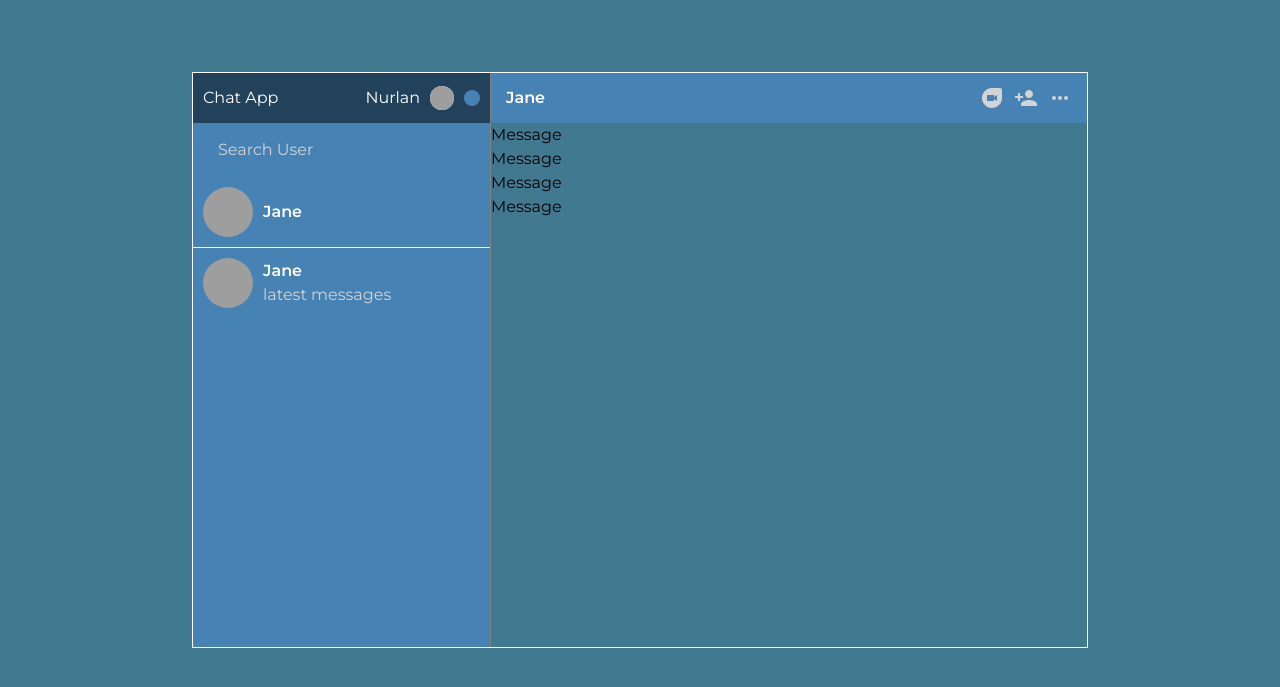
Repository: Nurlan-Bakenbaev/chat-app
Page: /
An editor plug-in stored every save of this project. The page is shown before and after a run of saves, followed by the edit.
The browser window is 1280 px wide. The pictures show the whole page.
Pictures or frames that could not be fetched are drawn as grey boxes. The project was rebuilt for these pictures with package versions that can differ from the ones it lists, and the page was loaded fresh each time. Also part of the build but not shown: vite.config.js. Imported but missing from the stored project, and not drawn on this page: src/pages/Login.

Above is the page before, as saved 2023-08-19 18:13:38.

After the next 2 saves:
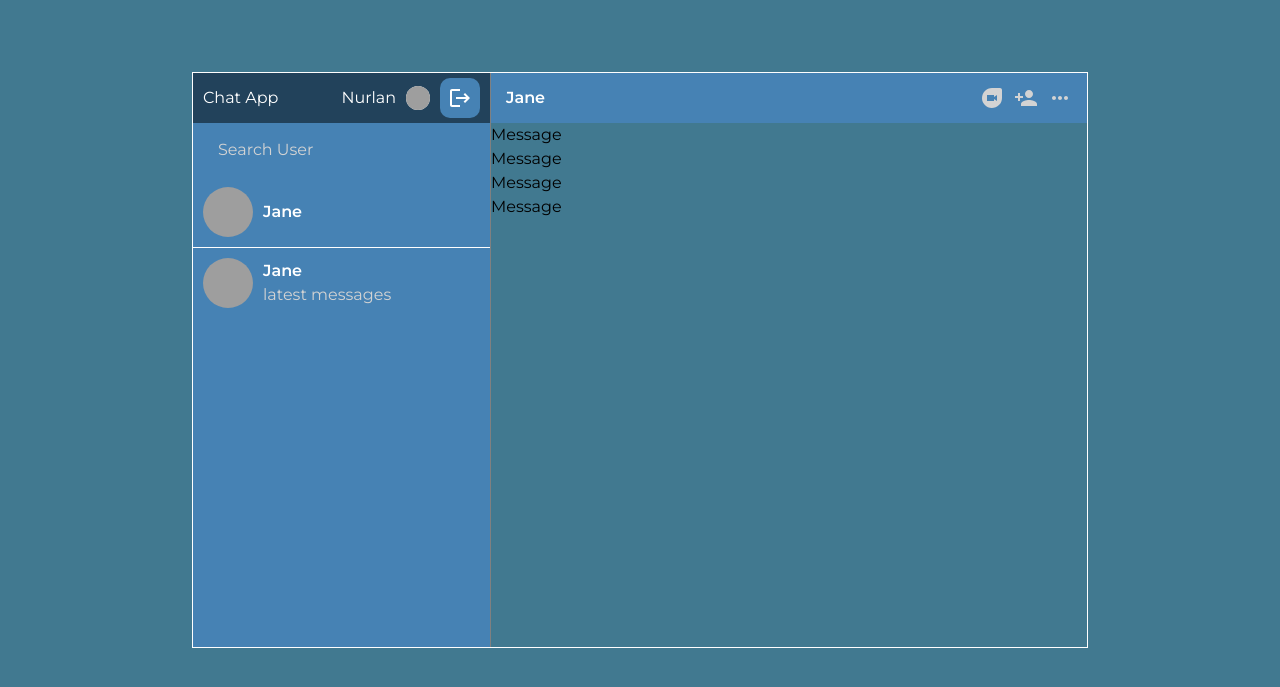
The 2 saves are shown as one change because they came seconds apart.
The last was saved 8 s later.
--- a/src/components/Navbar.jsx
+++ b/src/components/Navbar.jsx
@@ -7,7 +7,7 @@ const Navbar = () => {
       <div className="user">
         <span>Nurlan</span>
          <img src="https://images.pexels.com/photos/5197322/pexels-photo-5197322.jpeg?auto=compress&cs=tinysrgb&w=1260&h=750&dpr=2" alt="accaunt-photo" />
-        <button></button>
+        <button><LogoutIcon/></button>
       </div>
     </div>
   );
